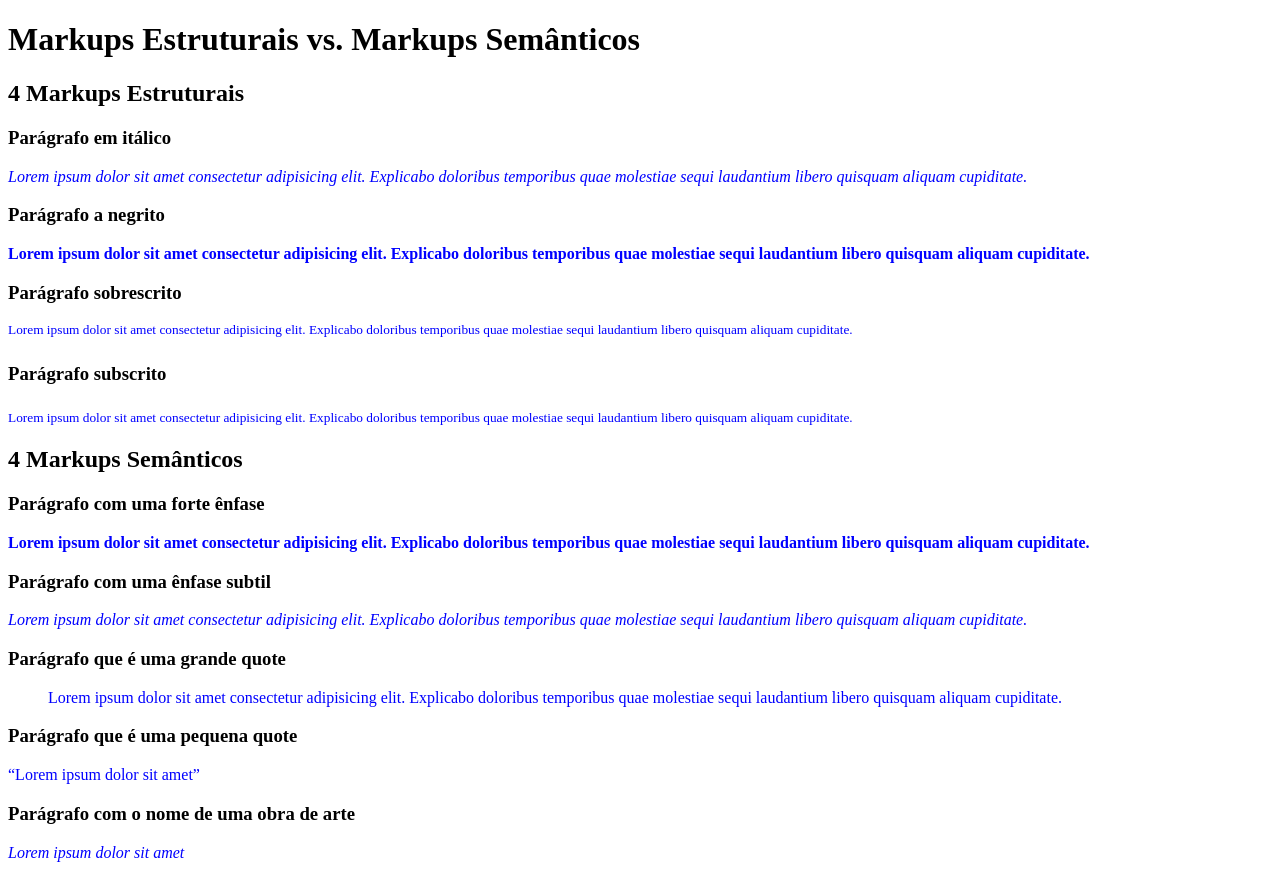
Repository: inespalma/About_Me
Page: Coding_Challenges/HTML/markupsEstruturalVSSemantico.html.html
These files come from the project's save history. The page is drawn as it stood at one moment and after the next save; the edit follows.
The browser window is 1280 px wide. The pictures show the whole page.

Above is the page before, as saved 2024-11-20 09:59:28.

### Coding_Challenges/HTML/markupsEstruturalVSSemantico.html.html
<!DOCTYPE html>
<html>

<head>
        <meta charset="UTF-8">
        <title>Markups Estruturais vs. Markups Semânticos</title>
</head>
<style>
        p {
                color: blue;
        }
</style>

<body>
        <h1>Markups Estruturais vs. Markups Semânticos</h1>

        <!------------------- MARKUP ESTRUTURAL ------------------->
        <h2>4 Markups Estruturais</h2>

        <!-- ITÁLICO -->
        <h3>Parágrafo em itálico</h3>
        <p><i>Lorem ipsum dolor sit amet consectetur adipisicing elit. Explicabo doloribus temporibus quae molestiae
                        sequi
                        laudantium libero quisquam aliquam cupiditate.</i></p>
        <!-- NEGRITO -->
        <h3>Parágrafo a negrito</h3>
        <p><b>Lorem ipsum dolor sit amet consectetur adipisicing elit. Explicabo doloribus temporibus quae molestiae
                        sequi
                        laudantium libero quisquam aliquam cupiditate.</b></p>
        <!-- SOBRESCRITO -->
        <h3>Parágrafo sobrescrito</h3>
        <p><sup>Lorem ipsum dolor sit amet consectetur adipisicing elit. Explicabo doloribus temporibus quae molestiae
                        sequi
                        laudantium libero quisquam aliquam cupiditate.</sup></p>
        <!-- SUBSCRITO -->
        <h3>Parágrafo subscrito</h3>
        <p><sub>Lorem ipsum dolor sit amet consectetur adipisicing elit. Explicabo doloribus temporibus quae molestiae
                        sequi
                        laudantium libero quisquam aliquam cupiditate.</sub></p>


        <!------------------- MARKUPS SEMÂNTICOS ------------------->
        <h2>4 Markups Semânticos</h2>

        <!-- ÊNFASE (STRONG) -->
        <h3>Parágrafo com uma forte ênfase</h3>
        <p><strong>Lorem ipsum dolor sit amet consectetur adipisicing elit. Explicabo doloribus temporibus quae
                        molestiae
                        sequi laudantium libero quisquam aliquam cupiditate.</strong></p>
        <!-- ÊNFASE SUBTIL (EM) -->
        <h3>Parágrafo com uma ênfase subtil</h3>
        <p><em>Lorem ipsum dolor sit amet consectetur adipisicing elit. Explicabo doloribus temporibus quae molestiae
                        sequi
                        laudantium libero quisquam aliquam cupiditate.</em></p>
        <!-- CITAÇÃO (LONGA) -->
        <h3>Parágrafo que é uma grande quote</h3>
        <blockquote>
                <p>Lorem ipsum dolor sit amet consectetur adipisicing elit. Explicabo doloribus temporibus quae
                        molestiae sequi
                        laudantium libero quisquam aliquam cupiditate.</p>
        </blockquote>
        <!-- CITAÇÃO (CURTA) -->
        <h3>Parágrafo que é uma pequena quote</h3>
        <p><q>Lorem ipsum dolor sit amet</q></p>
        <!-- CITAÇÃO (NOME DE OBRA) -->
        <h3>Parágrafo com o nome de uma obra de arte</h3>
        <p><cite>Lorem ipsum dolor sit amet</cite></p>
</body>

</html>

After the next save:
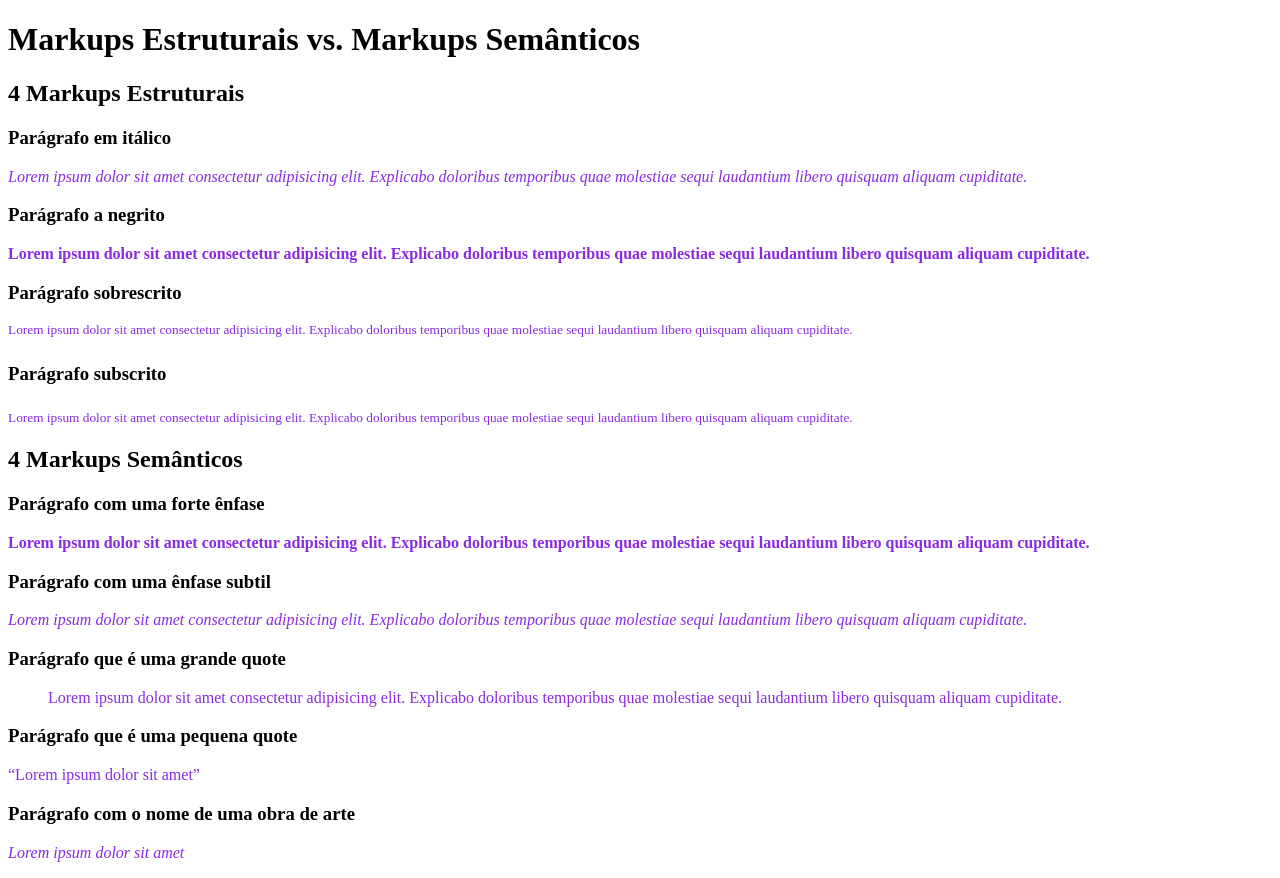
Saved 12 s later.
--- a/Coding_Challenges/HTML/markupsEstruturalVSSemantico.html.html
+++ b/Coding_Challenges/HTML/markupsEstruturalVSSemantico.html.html
@@ -7,7 +7,7 @@
 </head>
 <style>
         p {
-                color: blue;
+                color: blueviolet;
         }
 </style>
 
